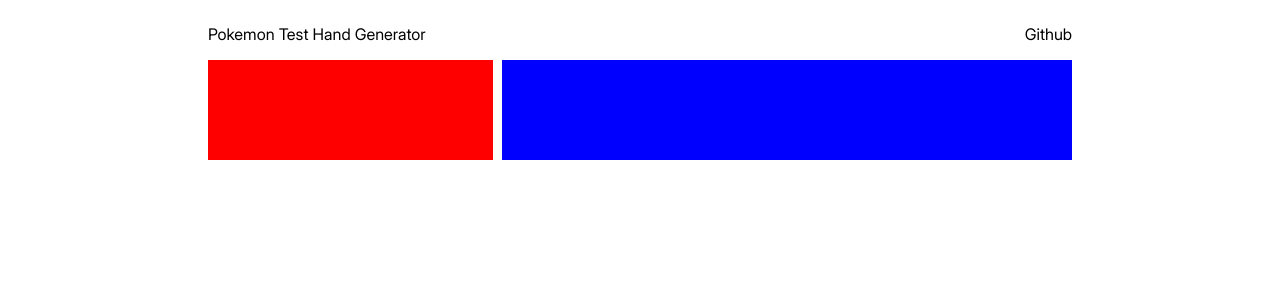
Repository: danielj1415/test-hand-simulator
Page: /
These files come from the project's save history. The page is drawn as it stood at one moment and after the next save; the edit follows.
The browser window is 1280 px wide. The pictures show the whole page.
The project was rebuilt for these pictures with package versions that can differ from the ones it lists, and the page was loaded fresh each time. Also part of the build but not shown: vite.config.ts, src/index.css.

Above is the page before, as saved 2024-10-30 17:31:41.

### src/App.tsx
import { useState } from 'react'
import './App.css'
import { Outlet, Link } from "react-router-dom";

function App() {

  return (
    <div>
      <div className = "mainContainer">
        <div className = "navigationBar">
          <p>Pokemon Test Hand Generator</p>
          <p>Github</p>
        </div>
        <div className = "mainBody">
          <div className = "inputDeck"></div>
          <div className = "testHands"></div>
        </div>
      </div>
    </div>
  )
}

export default App

### src/App.css

@import "./fonts.css";

.mainContainer{
  margin-left: 200px;
  margin-right: 200px;
}

.navigationBar{
  display: flex;
  align-items: center;
  justify-content: space-between;
  margin-top: 8px;
}

p{
  font-size: 16px;
  font-family: "Inter";
}

.mainBody{
  display: flex;
  align-items:flex-start;
  justify-content: space-between;
}

.inputDeck{
  width: 33%;
  background-color: red;
  height: 100px;
}

.testHands{
  width: 66%;
  background-color: blue;
  height: 100px;
}

### src/fonts.css
@font-face {
    font-family: "Inter";
    src: url("/src/assets/fonts/Inter_28pt-Regular.ttf");
  }

Loaded but not shown: index.html (common file); src/main.tsx (common file)

After the next save:
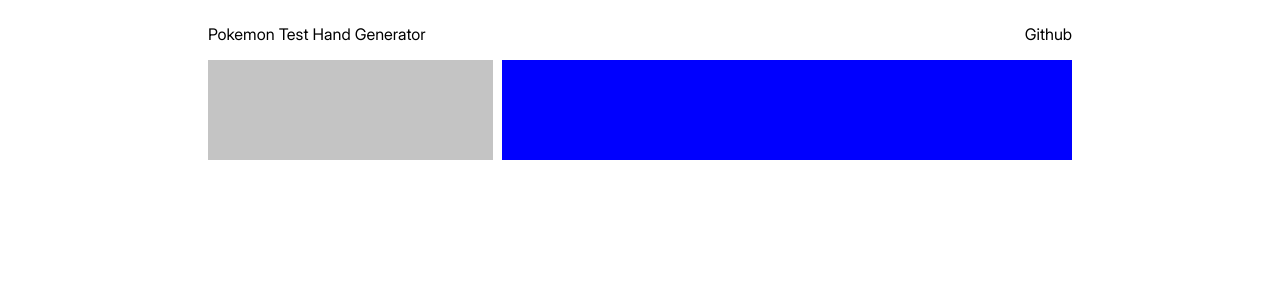
Saved 8 s later.
--- a/src/App.css
+++ b/src/App.css
@@ -26,7 +26,7 @@ p{
 
 .inputDeck{
   width: 33%;
-  background-color: red;
+  background-color: rgb(196, 196, 196);
   height: 100px;
 }
 
